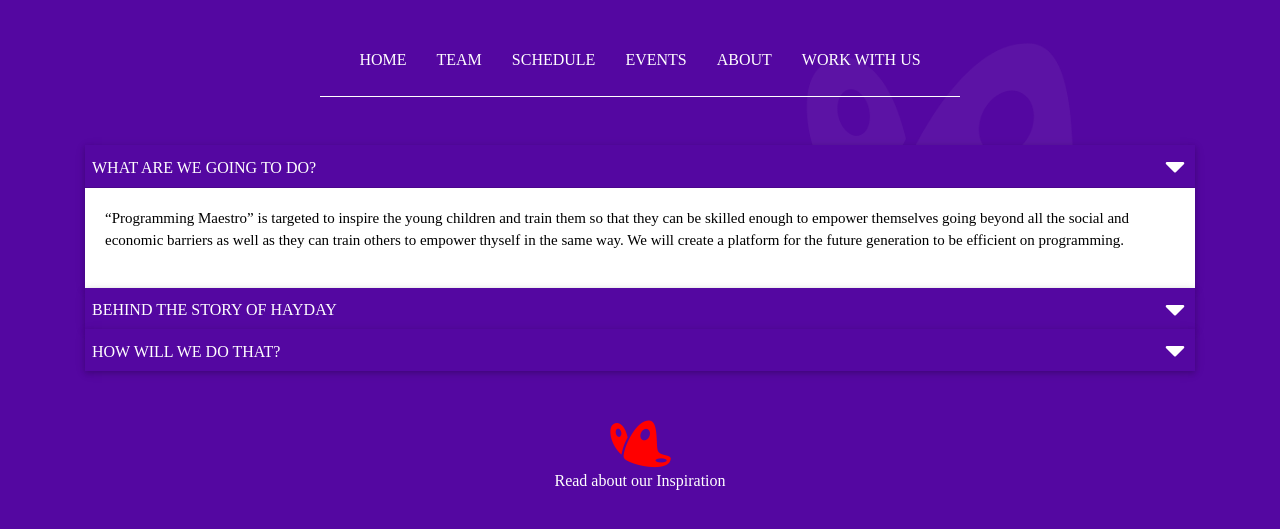
Repository: im1971/company-web
Page: about.html
The author's editor kept a copy of each file at every save. The page is drawn from the files as they stood at one save, then again after the next save.
The browser window is 1280 px wide. The pictures show the whole page.
Some web fonts or font styles are not loaded; a fallback is used.

Above is the page before, as saved 2020-01-26 11:15:44.

After the next save:
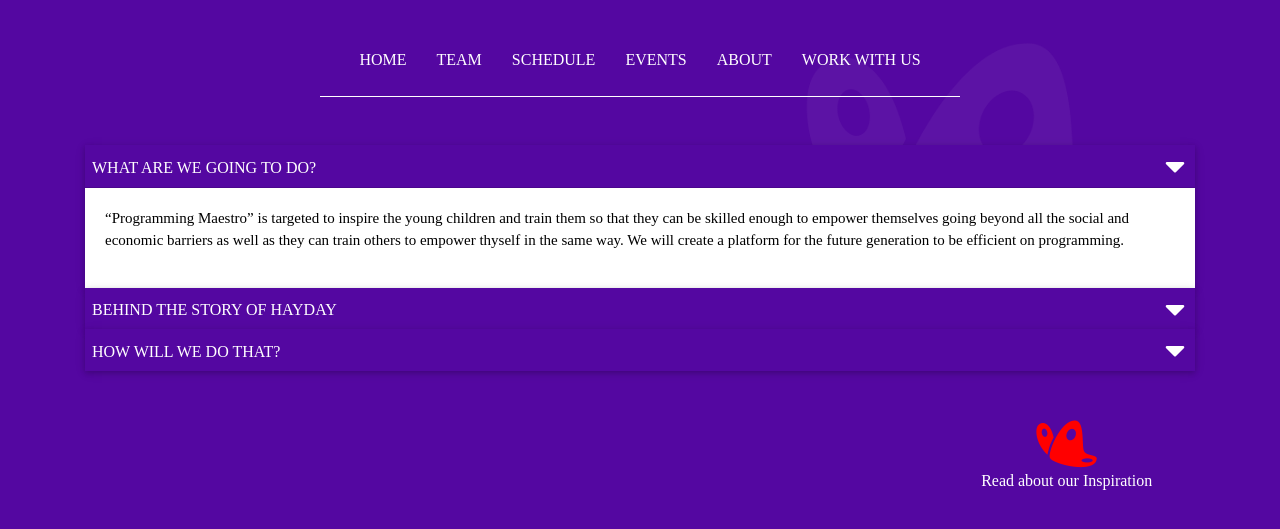
Saved 57 s later.
--- a/about.html
+++ b/about.html
@@ -172,7 +172,7 @@
                     </div>
                 </div>
             </div>
-            <div class="row justify-content-center my-5">
+            <div class="row justify-content-end my-5">
                 <div class="col-md-4 m-autp">
                     <div class="middle_body">
                         <div class="logo">
